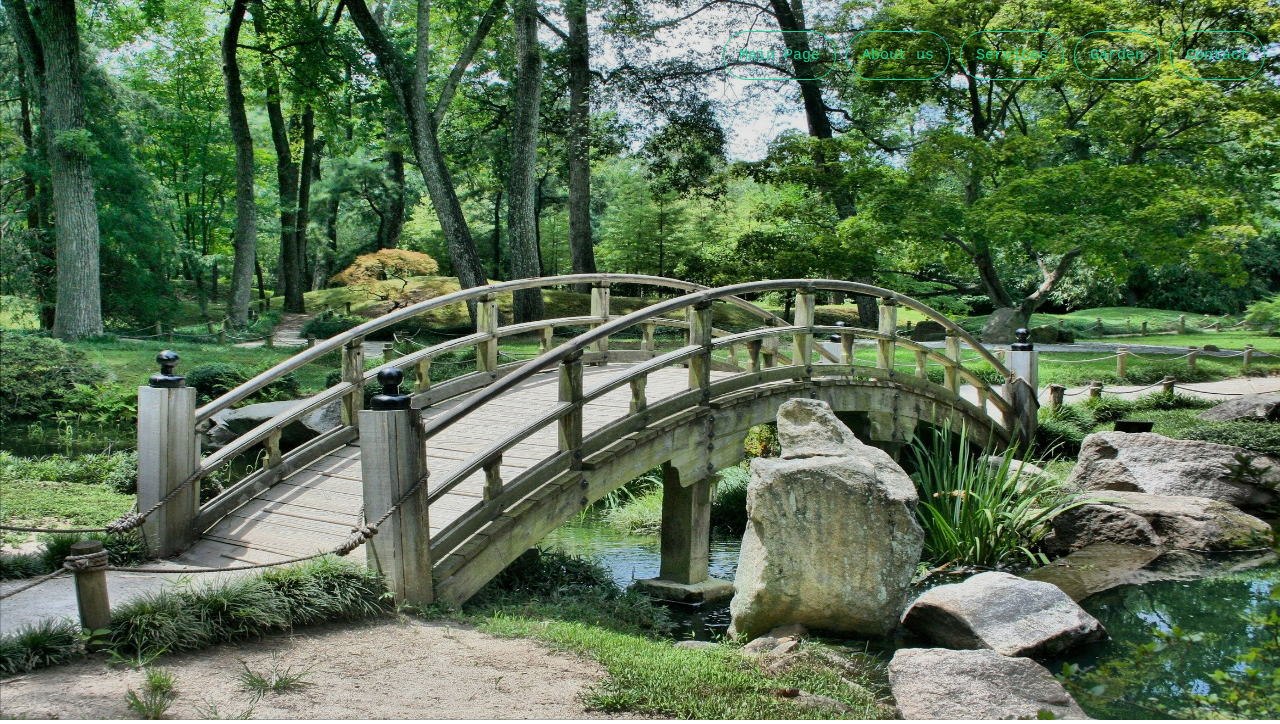
Repository: PatryxB/garden
Page: http://localhost/
These files come from the project's save history. The page is drawn as it stood at one moment and after the next save; the edit follows.
The browser window is 1280 px wide. The pictures show the whole page.
Some web fonts or font styles are not loaded; a fallback is used. The page is served by the project's Laravel application, run on PHP 8.4 with Laravel 8. Other server files are loaded and not shown. Style sheets and scripts are compiled from the project's sources, by tool versions that may differ from the author's.

Above is the page before, as saved 2020-05-01 21:21:35.

### resources/views/welcome.blade.php
<!DOCTYPE html>
<html lang="{{ str_replace('_', '-', app()->getLocale()) }}">
    <head>
        <meta charset="utf-8">
        <meta name="viewport" content="width=device-width, initial-scale=1">

        <title>Garden</title>

        <!-- Fonts -->
        <link href="https://fonts.googleapis.com/css?family=Nunito:200,600" rel="stylesheet">
        <link rel="stylesheet" href="/css/app.css">

    <body>

        <nav>
            <ul>
                <li><a href="">Main Page</a></li>
                <li><a href="">About us</a></li>
                <li><a href="">Services</a></li>
                <li><a href="">Garden</a></li>
                <li><a href="">Contact</a></li>
            </ul>
        </nav>

        <div class="banner">
            <img src="{{url('/img/gardenbanner.jpg')}}" alt="">
        </div>

    </body>
</html>

### resources/sass/app.scss
@import url('https://fonts.googleapis.com/css2?family=Roboto+Mono&display=swap');
html, body{
    box-sizing: border-box;
    margin: 0;
    padding: 0;
    font-family: 'Roboto Mono', monospace;
}
nav{
    width: 100%;
    position: absolute;
    right: 15px;
    top: 15px;
    z-index: 999;
}
nav ul{
    display: flex;
    float: right;
}
nav ul li a{
    text-decoration: none;
    font-size: 15px;
    display: inline-block;
    background-color: transparent;
    color: #1ECD97;
    border: solid 1px #1ECD97;
    padding: 15px;
    border-radius: 25px;
    margin-left: 10px;
    cursor:pointer;
    transition: all 0.2s ease-in-out;
}
li{
    list-style: none;
}
.banner img{
    width: 100%;
    height: 100vh;
    position: relative;
    filter: brightness(90%);
}

Loaded but not shown: routes/web.php (common file)

After the next save:
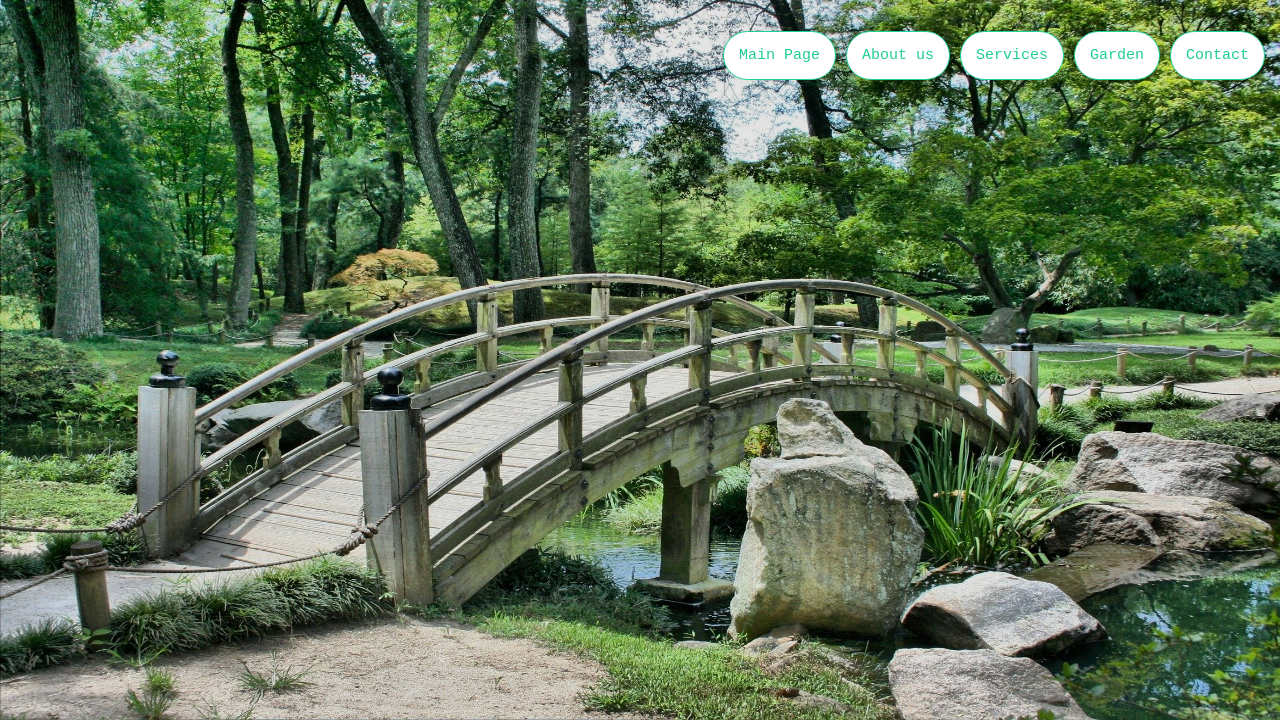
Saved 15 s later.
--- a/resources/sass/app.scss
+++ b/resources/sass/app.scss
@@ -20,7 +20,7 @@ nav ul li a{
     text-decoration: none;
     font-size: 15px;
     display: inline-block;
-    background-color: transparent;
+    background-color: white;
     color: #1ECD97;
     border: solid 1px #1ECD97;
     padding: 15px;
